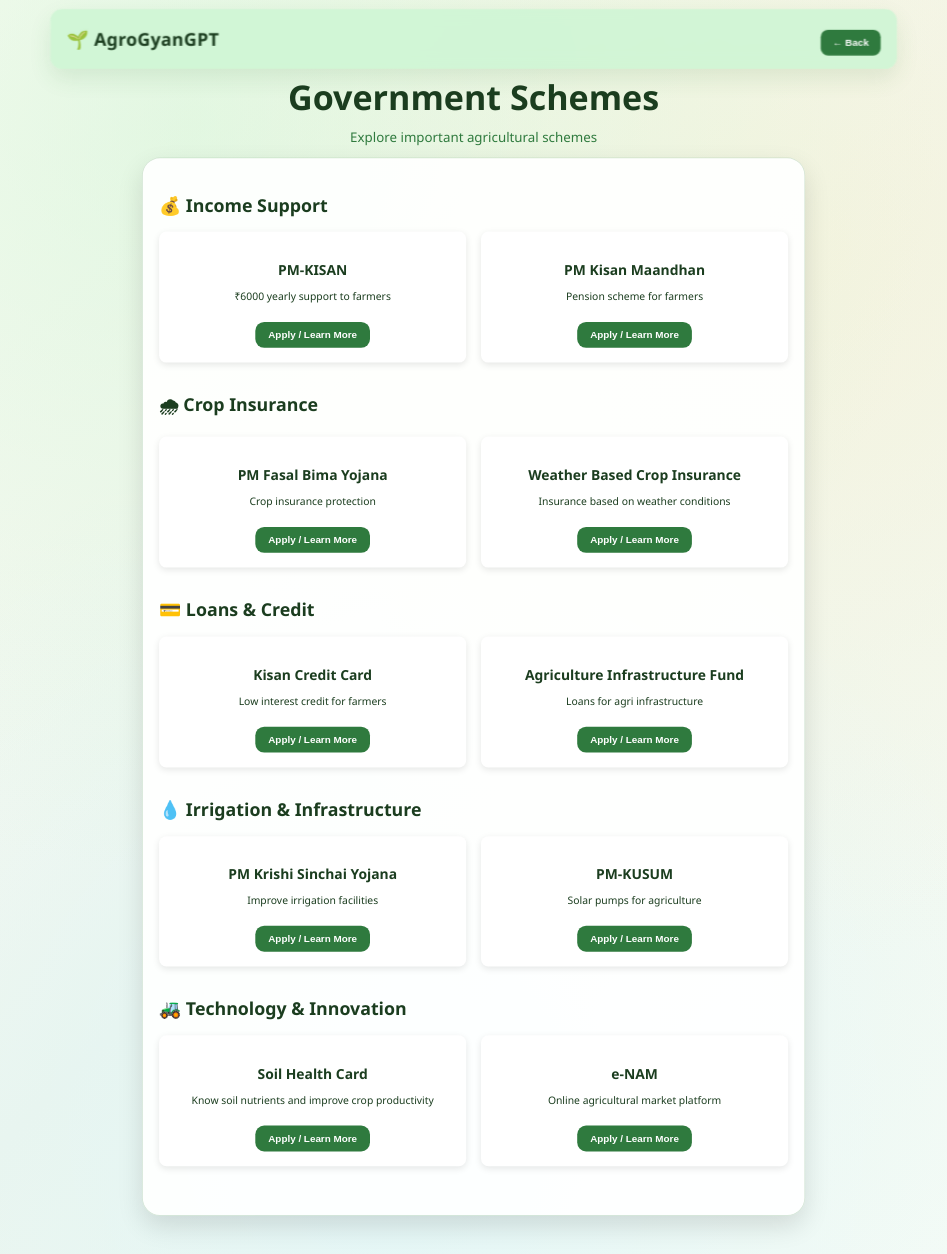
Repository: Desterhub/Agrogyanchatgpt
Page: agrogyan-gpt-main/frontend/schemes.html
The author's editor kept a copy of each file at every save. The page is drawn from the files as they stood at one save, then again after the next save.
The browser window is 1280 px wide. The pictures show the whole page, at 74% of full size.

Above is the page before, as saved 2026-03-12 18:34:54.

After the next save:
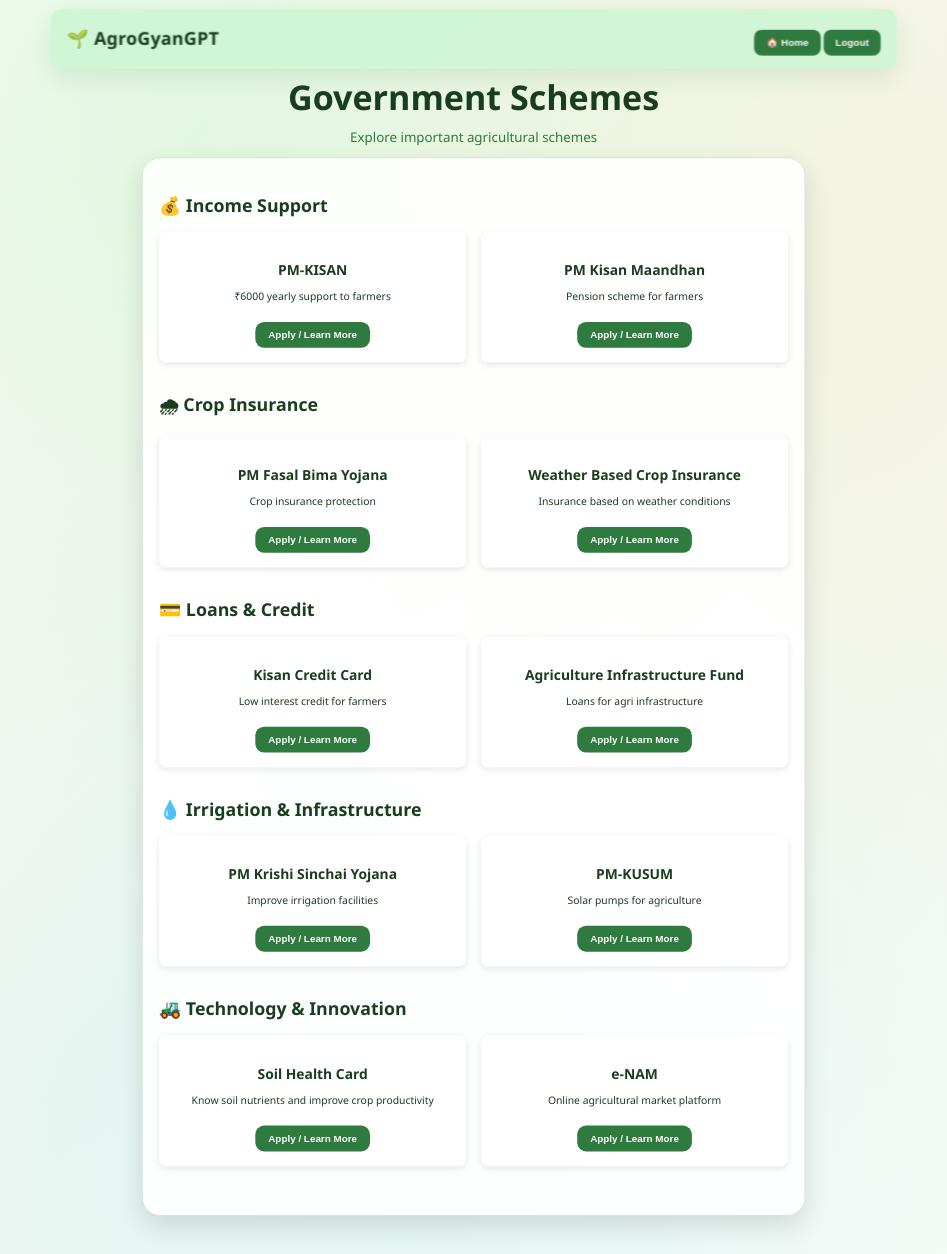
Saved 18 s later.
--- a/agrogyan-gpt-main/frontend/schemes.html
+++ b/agrogyan-gpt-main/frontend/schemes.html
@@ -41,15 +41,15 @@
 
 <header class="top-bar">
 
-<div class="brand-left">
-🌱 AgroGyanGPT
-</div>
+    <div class="brand-left">
+        🌱 AgroGyanGPT
+        <div id="welcomeUser" class="welcome-text"></div>
+    </div>
 
-<div class="top-actions">
-<button class="nav-btn" onclick="window.location.href='index.html'">
-← Back
-</button>
-</div>
+    <div class="top-actions">
+        <button class="nav-btn" onclick="goHome()">🏠 Home</button>
+        <button class="nav-btn" onclick="logout()">Logout</button>
+    </div>
 
 </header>
 
